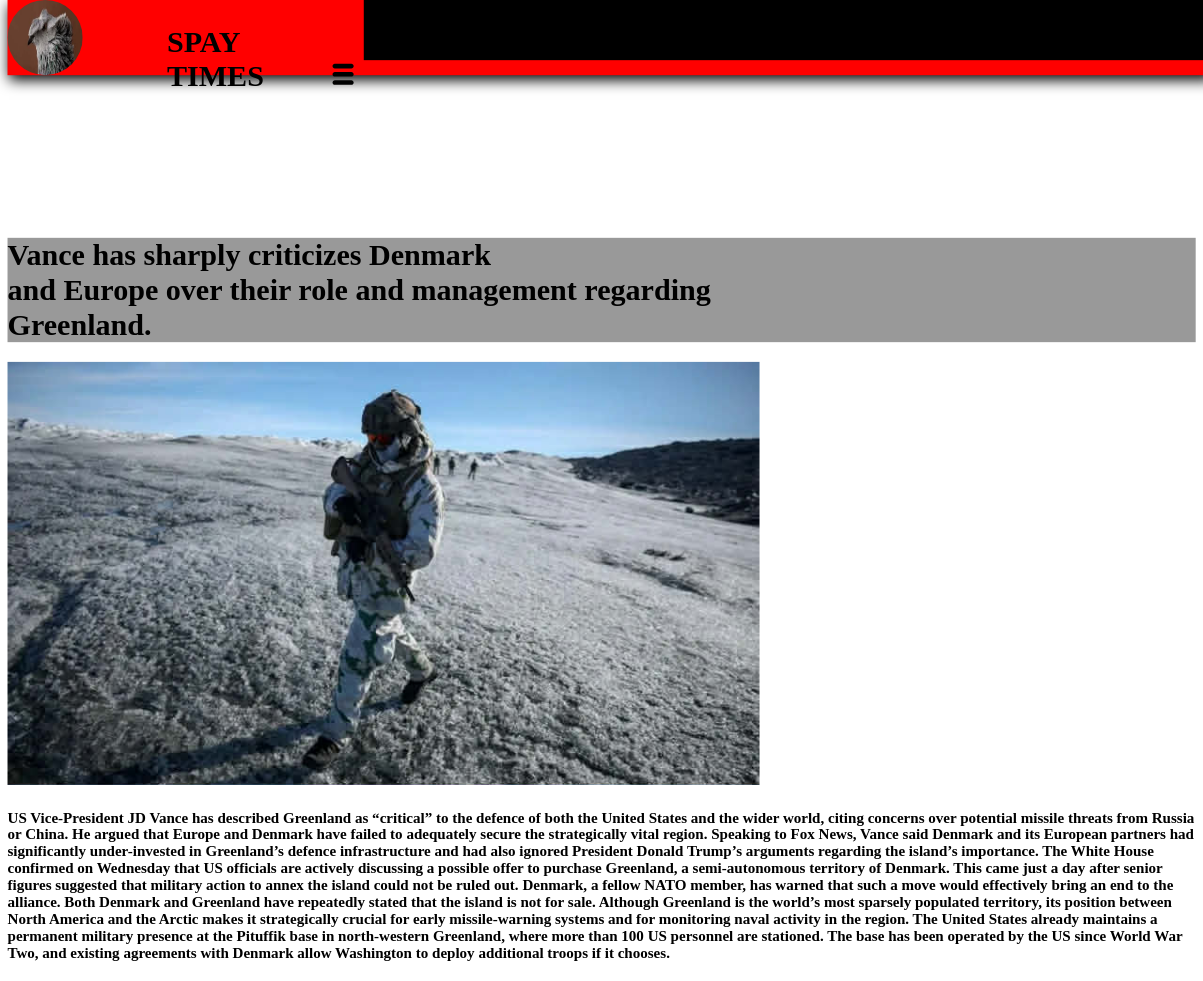
Repository: ridhukhan/spytimes
Page: /, after clicking the first element matching `svg`
The author's editor kept a copy of each file at every save. The page is drawn from the files as they stood at one save, then again after the next save.
The browser window is 1280 px wide. The pictures show the whole page, at 94% of full size.
The project was rebuilt for these pictures with package versions that can differ from the ones it lists, and the page was loaded fresh each time. Also part of the build but not shown: vite.config.js.

Above is the page before, as saved 2026-01-09 22:14:41.

### index.html
<!doctype html>
<html lang="en">
  <head>
    <meta charset="UTF-8" />
    <link rel="icon" type="image/svg+xml" href="/vite.svg" />
    <meta name="viewport" content="width=device-width, initial-scale=1.0" />
    <title>spytimes</title>
  </head>
  <body>
    <div id="root"></div>
    <script type="module" src="/src/main.jsx"></script>
  </body>
</html>

### src/main.jsx
import { StrictMode } from 'react'
import {BrowserRouter} from "react-router-dom"

import { createRoot } from 'react-dom/client'
import './index.css'
import App from './App.jsx'
createRoot(document.getElementById('root')).render(
  <StrictMode>
    <BrowserRouter>
    <App />
    </BrowserRouter>
  </StrictMode>,
)

### src/index.css
@media screen and (max-width:414px){
  *{
    width: 100%;
    padding:0;
margin: 0;
  }

  body{
width: 100%;
background-color: white;
color: black;
  }
}

### src/App.jsx
import { Route, Routes } from "react-router-dom"
import Navbar from "./nav/Navbar"
import Home from "./pages/home/Home"



function App() {

  return (
    <div>
   <Navbar/>
   <Routes>
    <Route path="/" element={<Home/>}/>
   </Routes>
    </div>
  )
}

export default App

### src/nav/Navbar.jsx
import React from 'react'
import { TiThMenu } from "react-icons/ti";
import logo from "../assets/download.jpeg"
import { useState } from 'react';
const Navbar = () => {
    const [openmenu,setOpenmenu]=useState(false)
  return (
    <div style={{position:"fixed",backgroundColor:"red",display:"flex",
    width:"100%", height:"80px", top:"0", zIndex:"1000", boxShadow:"2px 5px 14px black"}}>
<img src={logo} alt="logo" style={{width:"80px", height:"80px", borderRadius:"100%"}}/>
<h1 style={{marginTop:"2%", marginLeft:"7%",}}>SPAY TIMES</h1>
<TiThMenu  onClick={()=>setOpenmenu(!openmenu)}  style={{width:"50px",height:"30px", marginTop:"5%", }}/>

   {openmenu? <div style={{width:"80%",background:"black", height:"80%"}}>

   </div>: null}
    </div>
  )
}


export default Navbar

### src/pages/home/Home.jsx
import React from 'react'
import home1 from "../../assets/home1.jpeg"
const Home = () => {
  return (
    <div style={{marginTop:"20%"}}>


        <h1 style={{backgroundColor:"#999"}}>Vance has sharply criticizes Denmark <br /> and Europe over their role and management regarding <br /> Greenland.</h1>

        <img src={home1} alt="home1" />
       <h4>
        US Vice-President JD Vance has described Greenland as “critical” to the defence of both the United States and the wider world, citing concerns over potential missile threats from Russia or China. He argued that Europe and Denmark have failed to adequately secure the strategically vital region.

Speaking to Fox News, Vance said Denmark and its European partners had significantly under-invested in Greenland’s defence infrastructure and had also ignored President Donald Trump’s arguments regarding the island’s importance.

The White House confirmed on Wednesday that US officials are actively discussing a possible offer to purchase Greenland, a semi-autonomous territory of Denmark. This came just a day after senior figures suggested that military action to annex the island could not be ruled out.

Denmark, a fellow NATO member, has warned that such a move would effectively bring an end to the alliance. Both Denmark and Greenland have repeatedly stated that the island is not for sale.

Although Greenland is the world’s most sparsely populated territory, its position between North America and the Arctic makes it strategically crucial for early missile-warning systems and for monitoring naval activity in the region.

The United States already maintains a permanent military presence at the Pituffik base in north-western Greenland, where more than 100 US personnel are stationed. The base has been operated by the US since World War Two, and existing agreements with Denmark allow Washington to deploy additional troops if it chooses.
       </h4>

    </div>
  )
}

export default Home

After the next save:
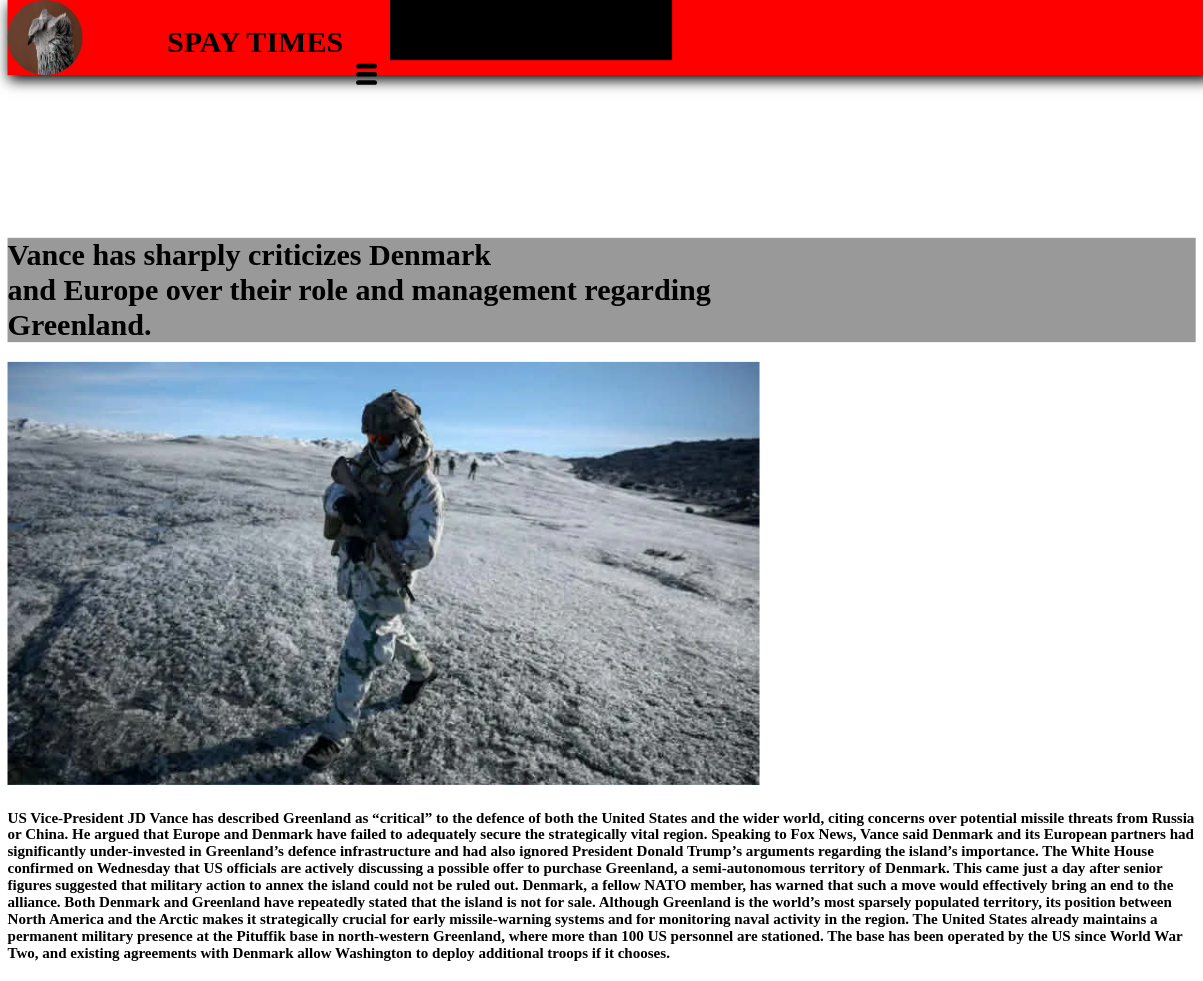
Saved 88 s later.
--- a/src/nav/Navbar.jsx
+++ b/src/nav/Navbar.jsx
@@ -11,7 +11,7 @@ const Navbar = () => {
 <h1 style={{marginTop:"2%", marginLeft:"7%",}}>SPAY TIMES</h1>
 <TiThMenu  onClick={()=>setOpenmenu(!openmenu)}  style={{width:"50px",height:"30px", marginTop:"5%", }}/>
 
-   {openmenu? <div style={{width:"80%",background:"black", height:"80%"}}>
+   {openmenu? <div style={{width:"300px",background:"black", height:"80%"}}>
 
    </div>: null}
     </div>
